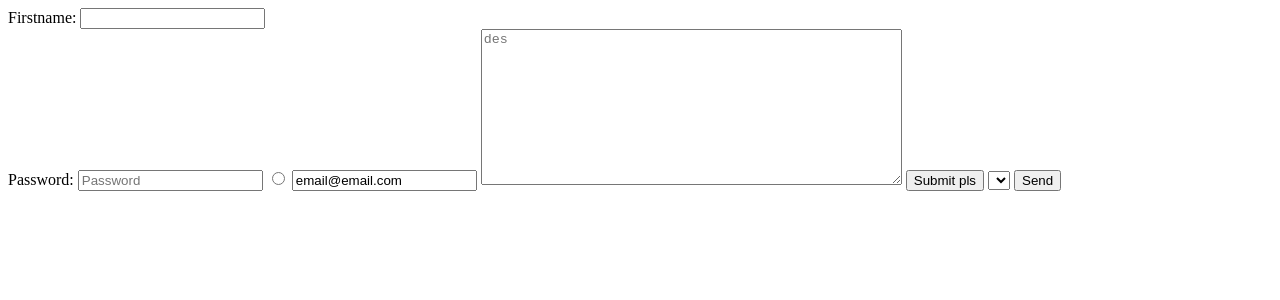
Repository: Tranghii/HTML-CSS
Page: HTML&CSS/form.html
These files come from the project's save history. The page is drawn as it stood at one moment and after a run of saves; the edit follows.
The browser window is 1280 px wide. The pictures show the whole page.

Above is the page before, as saved 2025-10-11 20:00:40.

### HTML&CSS/form.html
<!DOCTYPE html>
<html lang="en">
<head>
    <meta charset="UTF-8">
    <meta name="viewport" content="width=device-width, initial-scale=1.0">
    <title>FORM</title>
</head>
<body>
    <form action="">
        <label for="">Firstname:</label>
        <input type="text" name="name" id="name">
        <br>
        <label for="">Password:</label>
        <input type="Password" name="pass" id="pass" placeholder="Password">
        <input type="radio" name="gender" id="gender" placeholder="gender">

        <input type="email" name="email" id="email" value="email@email.com" placeholder="email">
        <textarea name="des" id="des" placeholder="des" cols="50" rows="10"></textarea>
   <input type="submit" value="Submit pls" >
   <select name="languages" id="">
    <option value=""></option>
   </select>
   <button type="submit" > Send</button>


    </form>
</body>
</html>

After the next 4 saves:
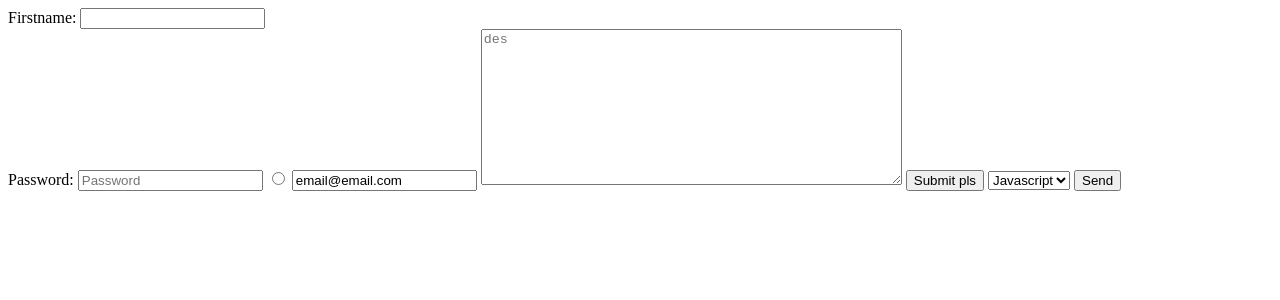
The 4 saves are shown as one change because they came seconds apart.
The last was saved 13 s later.
--- a/HTML&CSS/form.html
+++ b/HTML&CSS/form.html
@@ -18,7 +18,9 @@
         <textarea name="des" id="des" placeholder="des" cols="50" rows="10"></textarea>
    <input type="submit" value="Submit pls" >
    <select name="languages" id="">
-    <option value=""></option>
+    <option value="js">Javascript</option>
+    <option value="js">Javascript</option>
+    <option value="js">Javascript</option>
    </select>
    <button type="submit" > Send</button>
 
